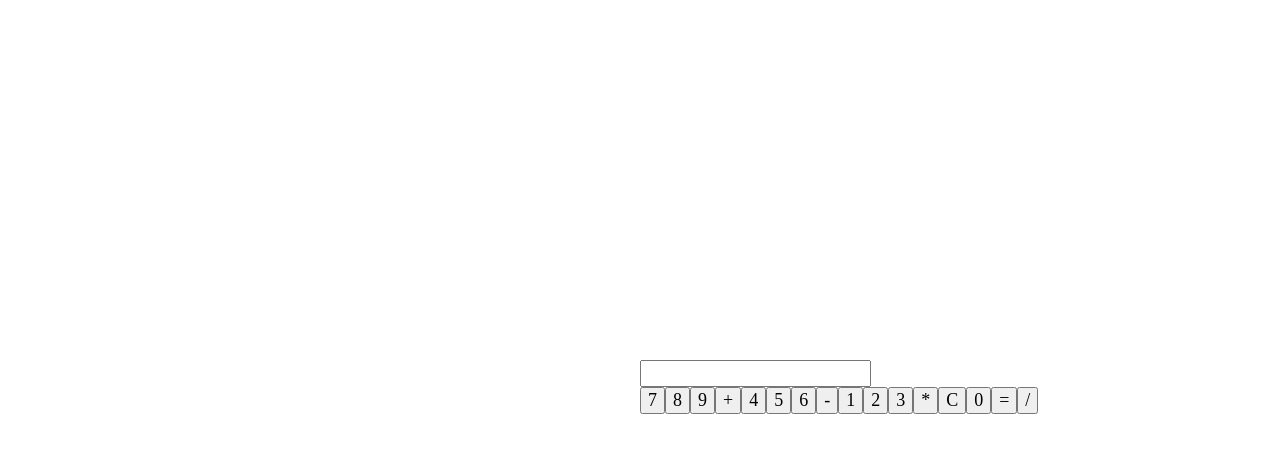
Repository: rajratangm/xcalculator
Page: /
The author's editor kept a copy of each file at every save. The page is drawn from the files as they stood at one save, then again after the next save.
The browser window is 1280 px wide. The pictures show the whole page.
The project was rebuilt for these pictures with package versions that can differ from the ones it lists, and the page was loaded fresh each time. Also part of the build but not shown: vite.config.js.

Above is the page before, as saved 2024-04-03 11:04:21.

After the next save:
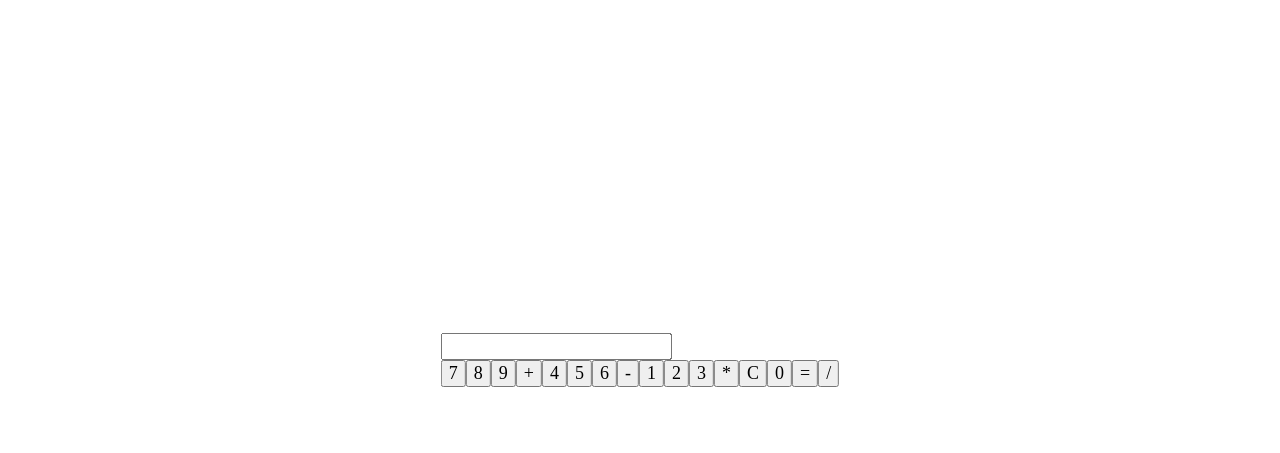
Saved 4 s later.
--- a/src/App.css
+++ b/src/App.css
@@ -15,6 +15,6 @@ body{
   top:50%;
   left: 50%;
   position:absolute;
-  transform: :translate(-50%,-50%);
+  transform: translate(-50%,-50%);
 
 }
